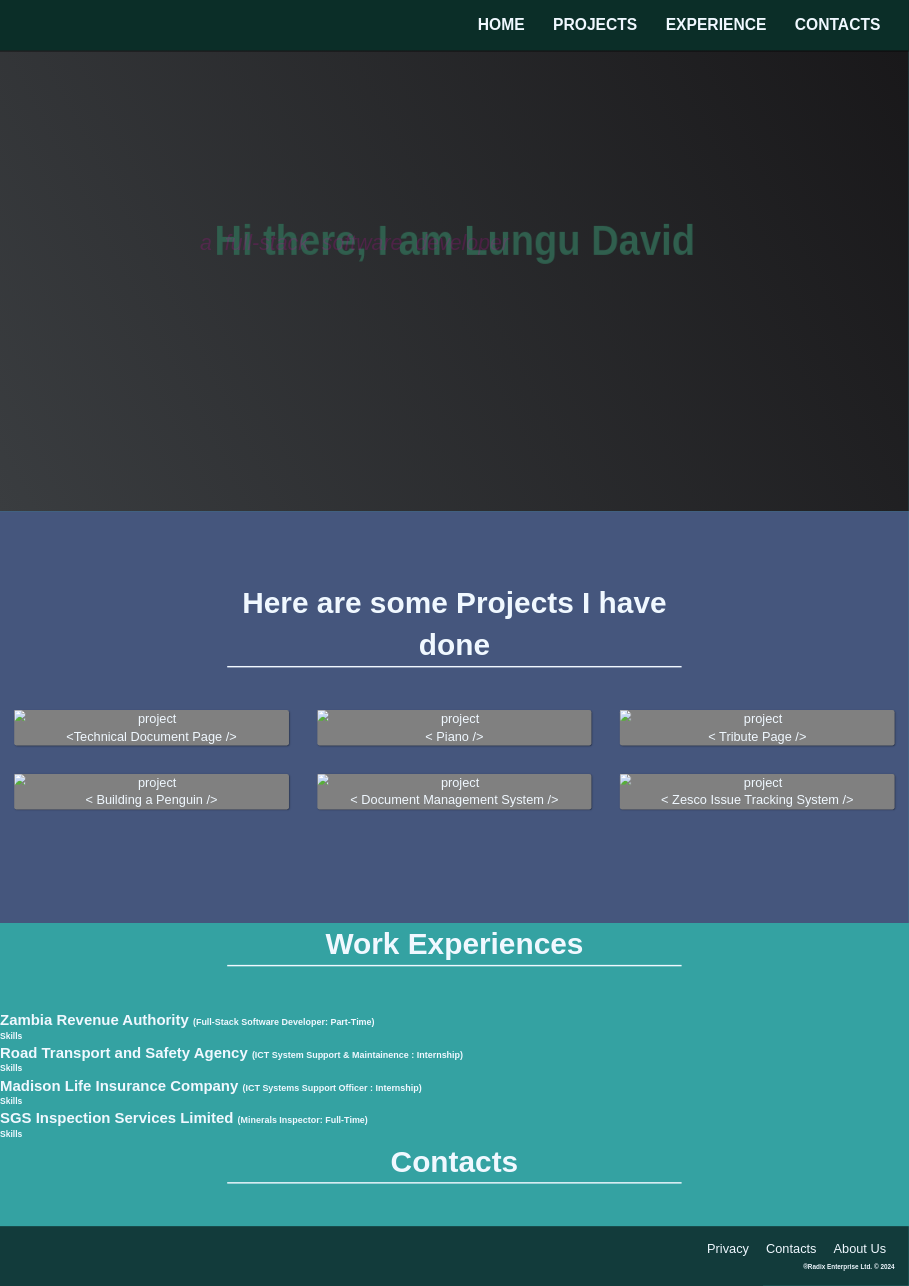
Repository: Lungdjos/personal_portifolio
Page: html/index.html
An editor plug-in stored every save of this project. The page is shown before and after the next save, followed by the edit.
The browser window is 1280 px wide. The pictures show the whole page, at 71% of full size.

Above is the page before, as saved 2024-02-04 00:25:49.

After the next save:
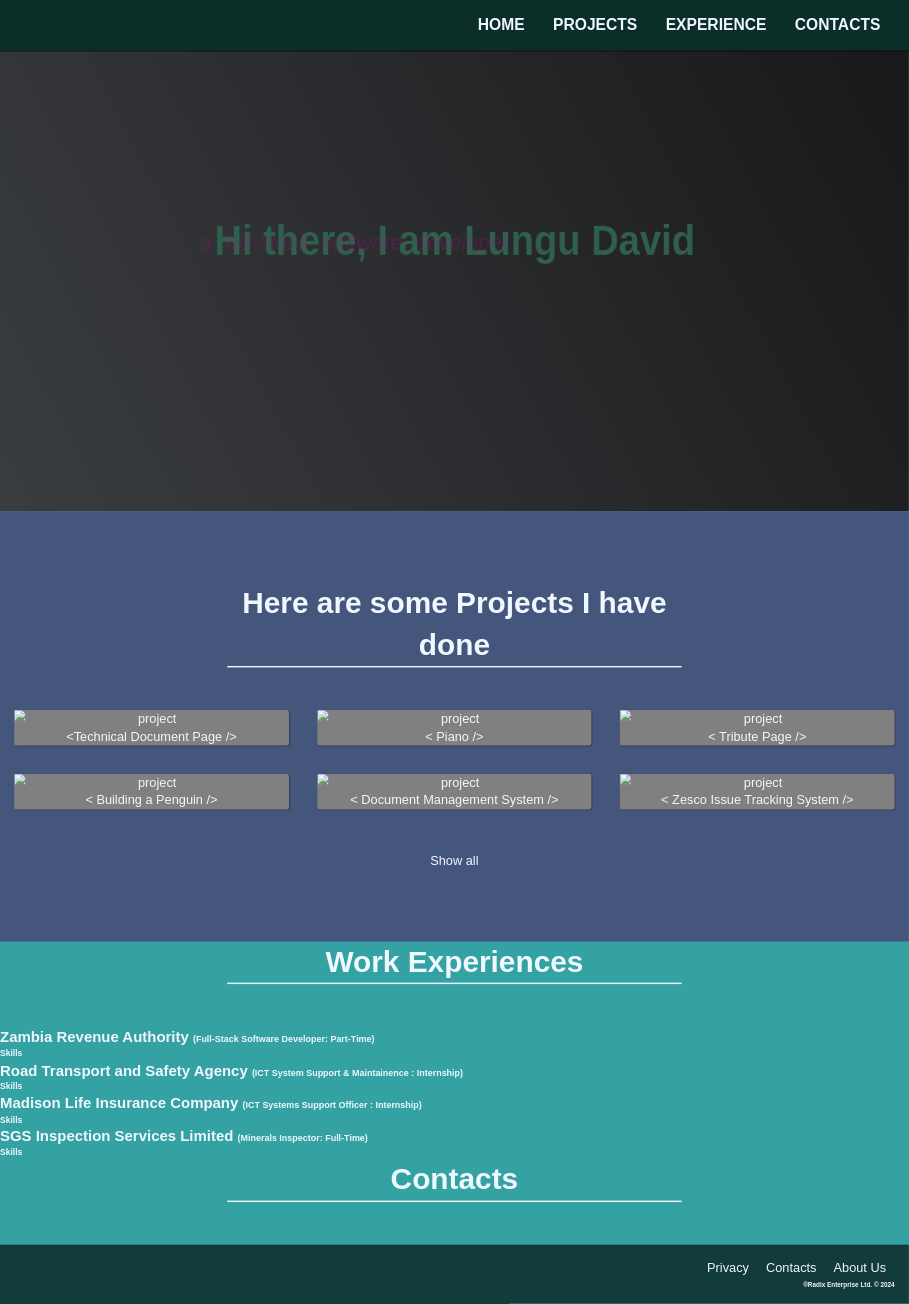
Saved 5 s later.
--- a/html/index.html
+++ b/html/index.html
@@ -86,6 +86,8 @@
                     </p>
                 </a>
             </div>
+
+            <a href="https://codepen.io/FreeCodeCamp/" class="btn btn-show-all" target="_blank">Show all<i class="fas fa-chevron-right"></i></a>
         </section>
         <div id="spacer"></div>
         <section class="work-exp-section" id="Work-Experience">
